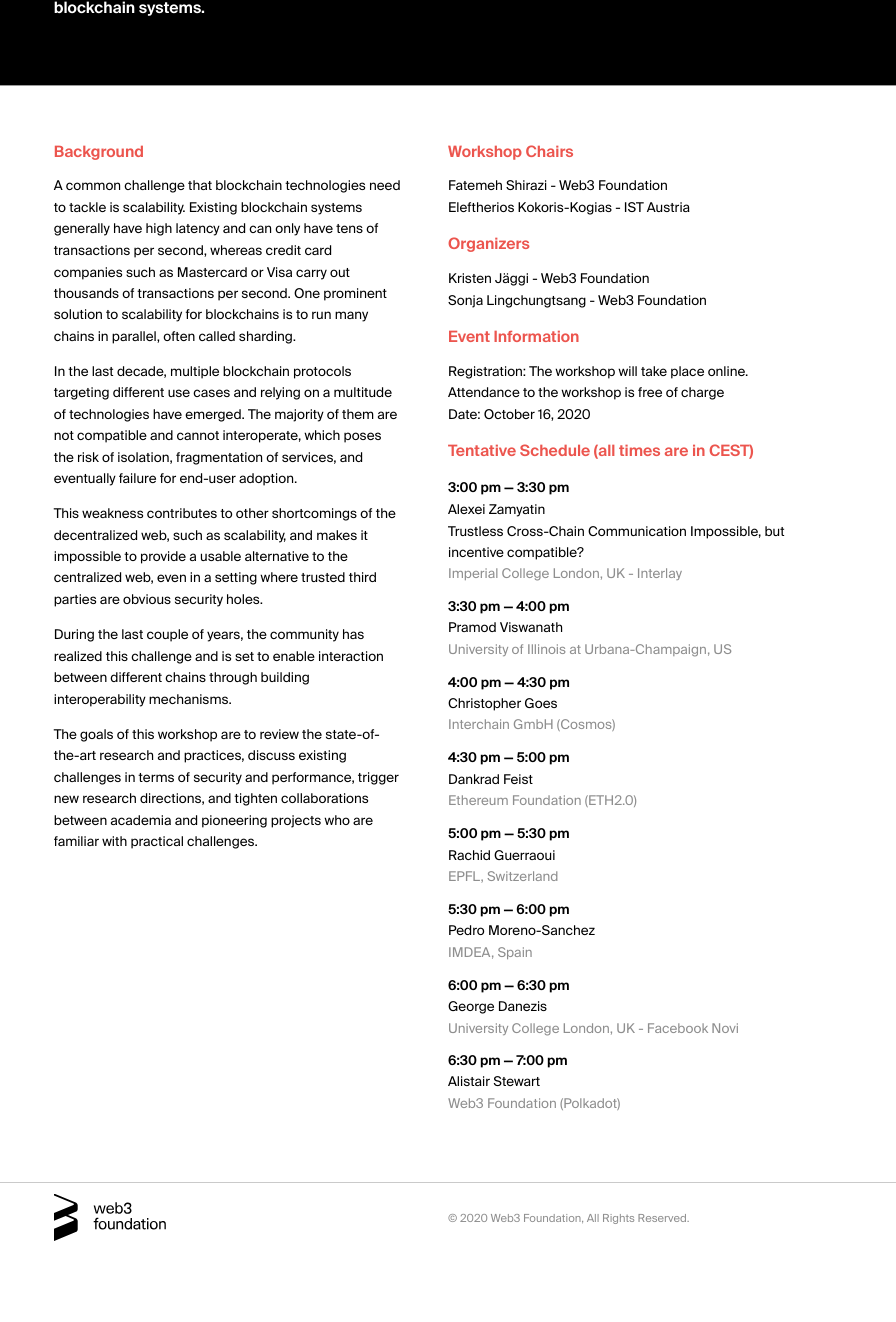
Repository: w3f-webops/disc2020-scalability-and-interoperability-workshop
Page: index.html
These files come from the project's save history. The page is drawn as it stood at one moment and after the next save; the edit follows.
The browser window is 1280 px wide. The pictures show the part of the page from y = 760 to 2680 px (the page is 2649 px tall before and 2680 px after), at 70% of full size.

Above is the page before, as saved 2020-10-14 19:33:01.

### index.html
<!DOCTYPE html>
<!--[if lt IE 7]>      <html class="no-js lt-ie9 lt-ie8 lt-ie7"> <![endif]-->
<!--[if IE 7]>         <html class="no-js lt-ie9 lt-ie8"> <![endif]-->
<!--[if IE 8]>         <html class="no-js lt-ie9"> <![endif]-->
<!--[if gt IE 8]><!-->
<html class="no-js">
<!--<![endif]-->

<head>
    <meta charset="utf-8">
    <meta http-equiv="X-UA-Compatible" content="IE=edge">
    <title>DISC2020 | Blockchain Interoperability and Sharding (BIS)</title>
    <meta name="description" content="The Blockchain Interoperability and Sharding Workshop aims at exploring the challenges and opportunities the blockchain sharding has created and discusses interoperability between blockchain systems.">
    <meta name="viewport" content="width=device-width, initial-scale=1">
    <link rel="stylesheet" href="https://cdnjs.cloudflare.com/ajax/libs/normalize/8.0.1/normalize.min.css">
    <link rel="stylesheet" href="style.css">
</head>

<body>
    <div class="page">
        <header>
            <div class="wrapper">
                <div class="nav-bar">
                    <div class="left">
                        <div class="logo">
                            <a href="https://web3.foundation" target="_blank"><img src="logo.svg" alt="Web3 Foundation Logo" class="nav-logo" /></a>
                        </div>
                    </div>
                </div>
            </div>
        </header>
        <main>
            <div class="hero wrapper">
                <h1 class="hero-headline">BIS: Workshop on <wbr>Blockchain Interoperability <wbr>and&nbsp;Sharding</h1>
                <div class="register">
                    <div class="register-date">October 16, 2020 15:00 CEST</div>
                    <a href="http://www.disc-conference.org/wp/disc2020/" target="_blank" rel="noopener noreferrer" class="register-link">Registration
                        <svg width="24" height="24" xmlns="http://www.w3.org/2000/svg" fill-rule="evenodd" clip-rule="evenodd" fill="#fff">
                            <path d="M14 4h-13v18h20v-11h1v12h-22v-20h14v1zm10 5h-1v-6.293l-11.646 11.647-.708-.708 11.647-11.646h-6.293v-1h8v8z" />
                        </svg>
                    </a>
                </div>
                <img src="BIS.svg" class="hero-image">
                <h2 class="hero-text"><b>BIS, the first workshop on Blockchain Interoperability and Sharding, aims at&nbsp;exploring the challenges and opportunities the&nbsp;blockchain sharding has created and discusses interoperability between blockchain systems.</b></h2>
            </div>
            <div class="content">
                <div class="wrapper columns">
                    <div class="column">
                        <h2>Background</h2>
                        <p> A common challenge that blockchain technologies need to tackle is scalability. Existing blockchain systems generally have high latency and can only have tens of transactions per second, whereas credit card companies such as Mastercard or Visa carry out thousands of transactions per second. One prominent solution to scalability for blockchains is to run many chains in parallel, often called sharding.</p>

                        <p>In the last decade, multiple blockchain protocols targeting different use cases and relying on a multitude of technologies have emerged. The majority of them are not compatible and cannot interoperate, which poses the risk of isolation, fragmentation of services, and eventually failure for end-user adoption.</p>

                        <p>This weakness contributes to other shortcomings of the decentralized web, such as scalability, and makes it impossible to provide a usable alternative to the centralized web, even in a setting where trusted third parties are obvious security holes.</p>

                        <p>During the last couple of years, the community has realized this challenge and is set to enable interaction between different chains through building interoperability mechanisms.</p>

                        <p>The goals of this workshop are to review the state-of-the-art research and practices, discuss existing challenges in terms of security and performance, trigger new research directions, and tighten collaborations between academia and pioneering projects who are familiar with practical challenges.</p>
                    </div>
                    <div class="column">
                        <h2>Workshop Chairs</h2>
                        <p>
                            Fatemeh Shirazi - Web3 Foundation<br>
                            Eleftherios Kokoris-Kogias - IST Austria
                        </p>

                        <h2>Organizers</h2>
                        <p>
                            Kristen Jäggi - Web3 Foundation<br>
                            Sonja Lingchungtsang - Web3 Foundation
                        </p>

                        <h2>Event Information</h2>
                        <p>
                            Registration: The workshop will take place online. Attendance to the workshop is free of charge<br>
                            Date: October 16, 2020
                        </p>

                        <h2>Tentative Schedule (all times are in CEST)</h2>

                        <ul class="schedule">
                            <li class="schedule-entry">
                                <div class="schedule-date">3:00 pm &mdash; 3:30 pm</div>
                                <div class="schedule-speaker">Alexei Zamyatin</div>
                                <div class="schedule-topic">Trustless Cross-Chain Communication Impossible, but incentive compatible?</div>
                                <div class="schedule-position">Imperial College London, UK - Interlay</div>
                            </li>
                            <li class="schedule-entry">
                                <div class="schedule-date">3:30 pm &mdash; 4:00 pm</div>
                                <div class="schedule-speaker">Pramod Viswanath</div>
                                <div class="schedule-position">University of Illinois at Urbana-Champaign, US</div>
                            </li>
                            <li class="schedule-entry">
                                <div class="schedule-date">4:00 pm &mdash; 4:30 pm</div>
                                <div class="schedule-speaker">Christopher Goes</div>
                                <div class="schedule-position">Interchain GmbH (Cosmos)</div>
                            </li>
                            <li class="schedule-entry">
                                <div class="schedule-date">4:30 pm &mdash; 5:00 pm</div>
                                <div class="schedule-speaker">Dankrad Feist</div>
                                <div class="schedule-position">Ethereum Foundation (ETH2.0)</div>
                            </li>
                            <li class="schedule-entry">
                                <div class="schedule-date">5:00 pm &mdash; 5:30 pm</div>
                                <div class="schedule-speaker">Rachid Guerraoui</div>
                                <div class="schedule-position">EPFL, Switzerland</div>
                            </li>
                            <li class="schedule-entry">
                                <div class="schedule-date">5:30 pm &mdash; 6:00 pm</div>
                                <div class="schedule-speaker">Pedro Moreno-Sanchez</div>
                                <div class="schedule-position">IMDEA, Spain</div>
                            </li>
                            <li class="schedule-entry">
                                <div class="schedule-date">6:00 pm &mdash; 6:30 pm</div>
                                <div class="schedule-speaker">George Danezis</div>
                                <div class="schedule-position">University College London, UK - Facebook Novi</div>
                            </li>
                            <li class="schedule-entry">
                                <div class="schedule-date">6:30 pm &mdash; 7:00 pm</div>
                                <div class="schedule-speaker">Alistair Stewart</div>
                                <div class="schedule-position">Web3 Foundation (Polkadot)</div>
                            </li>
                        </ul>
                    </div>
                </div>
            </div>
        </main>
        <footer>
            <div class="wrapper">
                <div class="nav-bar">
                    <div class="left">
                        <div class="logo">
                            <a href="https://web3.foundation" target="_blank">
                                <img src="logo-black.svg" alt="Web3 Foundation Logo" class="nav-logo" />
                            </a>
                        </div>
                    </div>
                    <div class="right">
                        © 2020 Web3 Foundation, All Rights Reserved.
                    </div>
                </div>
            </div>
        </footer>
    </div>
</body>

</html>

### style.css
@font-face {
  font-family: "SuisseIntl";
  src: url("fonts/SuisseIntl-Regular-WebM.eot");
  src: url("fonts/SuisseIntl-Regular-WebM.eot?#iefix")
      format("embedded-opentype"),
    url("fonts/SuisseIntl-Regular-WebM.woff2") format("woff2"),
    url("fonts/SuisseIntl-Regular-WebM.woff") format("woff"),
    url("fonts/SuisseIntl-Regular-WebM.svg#SuisseIntl-Regular-WebM")
      format("svg");
  font-weight: 400;
  font-style: normal;
  font-stretch: normal;
}

@font-face {
  font-family: "SuisseIntl";
  src: url("../fonts/SuisseIntl-SemiBold-WebM.eot");
  src: url("../fonts/SuisseIntl-SemiBold-WebM.eot?#iefix")
      format("embedded-opentype"),
    url("../fonts/SuisseIntl-SemiBold-WebM.woff2") format("woff2"),
    url("../fonts/SuisseIntl-SemiBold-WebM.woff") format("woff"),
    url("../fonts/SuisseIntl-SemiBold-WebM.svg#SuisseIntl-SemiBold-WebM")
      format("svg");
  font-weight: 700;
  font-style: normal;
  font-stretch: normal;
}

:root {
  --highlight: #ec554e;
  --dim: #8f8f8f;
}

/* ==========================================================================
   Layout
   ========================================================================== */

html,
body {
  background: black;
  margin: 0;
  padding: 0;
}

body {
  font-family: "SuisseIntl", sans-serif;
}

.page {
  padding-top: 3rem;
}

.wrapper {
  max-width: 1200px;
  padding: 0 6vw;
}

.columns {
  display: flex;
}

.column {
  padding-right: 4rem;
}

.left,
.right {
  display: flex;
  align-items: center;
}

@media only screen and (max-width: 700px) {
  .page {
    padding-top: 1.5rem;
  }

  .columns {
    flex-wrap: wrap;
  }
  .column {
    width: 100%;
    padding-right: 1rem;
  }
}

/* ==========================================================================
   Header
   ========================================================================== */

.nav-bar {
  display: flex;
  justify-content: space-between;
  align-items: center;
  margin-bottom: 6rem;
  flex-wrap: wrap;
  color: white;
}

.nav-logo {
  width: 160px;
}

@media only screen and (max-width: 700px) {
  .nav-bar {
    margin-bottom: 2rem;
  }

  .nav-logo {
    max-width: 120px;
  }
}

/* ==========================================================================
   Hero
   ========================================================================== */

.hero {
  color: white;
  padding-bottom: 6vw;
}

.hero-image {
  margin-bottom: 3rem;
}

.hero-text {
  color: white;
  max-width: 720px;
}

.register {
  position: absolute;
  display: flex;
  justify-content: flex-end;
  align-items: center;
  top: 4rem;
  right: 6vw;
  width: 100%;
}

.register .register a {
  color: white;
  text-decoration: none;
}

.register a:visited {
  color: white;
  text-decoration: none;
}

.register a:hover {
  color: white;
  text-decoration: none;
}

.register-date {
  margin-right: 2.4rem;
  color: var(--highlight);
  font-weight: 700;
  color: white;
}

.register-link {
  display: block;
  position: relative;
  width: 5.5rem;
  padding: 0.7rem 3rem 0.7rem 1rem;
  margin-top: 0;
  border: var(--highlight) 1px solid;
  color: white;
  transition: all 0.2s ease-in-out;
  animation: 0.6s ease-in-out 0s 1 slideInFromBottom;
}

.register-link:hover {
  transform: translateY(-0.4rem);
  color: white;
}

.register-link:visited {
  color: white;
}

.register-link svg {
  position: absolute;
  transform: translateY(-50%);
  top: 48%;
  right: 0.7rem;
}

@media only screen and (max-width: 700px) {
  .hero-headline {
    margin-bottom: 1rem;
  }

  .register {
    position: relative;
    display: block;
    top: 0;
    right: 0;
    width: 100%;
    margin-bottom: 3rem;
  }

  .register-date {
    margin-bottom: 1rem;
  }
}

/* ==========================================================================
   Content
   ========================================================================== */

.content {
  background: white;
  padding: 6vw 0;
}

.schedule {
  list-style: none;
  padding-left: 0;
  line-height: 1.6;
  font-size: 1.2rem;
}

.schedule-entry {
  margin-bottom: 1rem;
}

.schedule-date {
  font-weight: 700;
}

.schedule-position {
  color: var(--dim);
}

/* ==========================================================================
   Footer
   ========================================================================== */

footer {
  padding: 1rem 0;
  background: white;
  color: black;
}

footer .right {
  width: 50%;
  color: var(--dim);
}

@media only screen and (max-width: 700px) {
  footer .nav-bar .left {
    margin-bottom: 1rem;
  }
  footer .nav-bar .right {
    width: 100%;
  }
}

/* ==========================================================================
   Typography
   ========================================================================== */

h1 {
  font-size: 6vw;
  margin: 0 0 2rem;
}

h2 {
  line-height: 1.6;
  font-size: 1.4rem;
  margin-top: 0;
  margin-bottom: 1rem;
  color: var(--highlight);
}

p {
  line-height: 1.6;
  font-size: 1.2rem;
  max-width: 720px;
  margin-top: 0;
}

a {
  color: black;
  text-decoration: none;
}

a:visited {
  color: black;
  text-decoration: none;
}

a:hover {
  color: black;
  text-decoration: none;
}

@media only screen and (min-width: 1500px) {
  h1 {
    font-size: 5.6rem;
  }
}

@media only screen and (max-width: 700px) {
  h1 {
    font-size: 12vw;
  }
}

/* ==========================================================================
   Utils
   ========================================================================== */

@keyframes slideInFromBottom {
  0% {
    opacity: 0;
    transform: translateY(5rem);
  }
  100% {
    opacity: 1;
    transform: translateY(0%);
  }
}

After the next save:
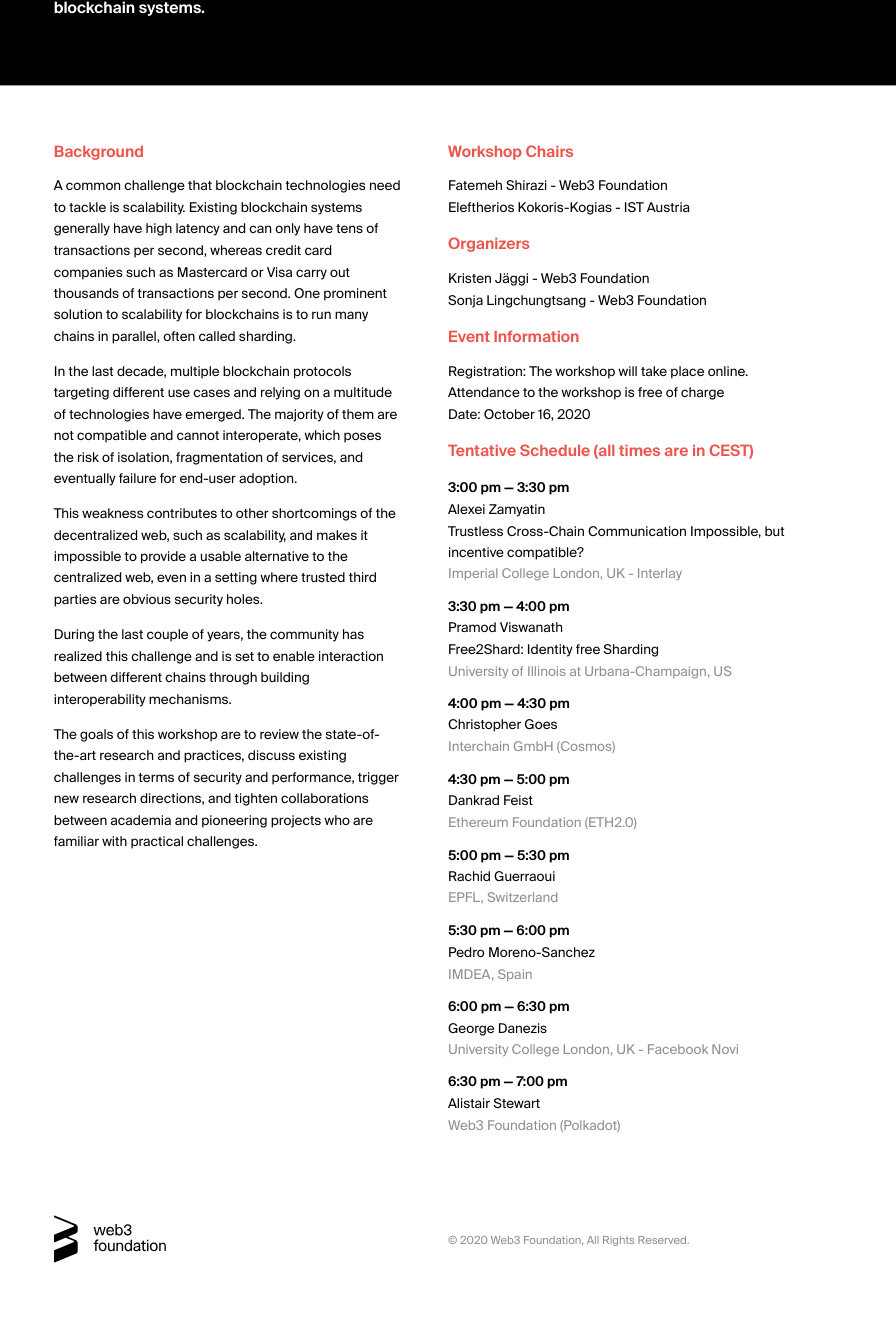
Saved 19 s later.
--- a/index.html
+++ b/index.html
@@ -88,6 +88,7 @@
                             <li class="schedule-entry">
                                 <div class="schedule-date">3:30 pm &mdash; 4:00 pm</div>
                                 <div class="schedule-speaker">Pramod Viswanath</div>
+                                <div class="schedule-topic">Free2Shard: Identity free Sharding</div>
                                 <div class="schedule-position">University of Illinois at Urbana-Champaign, US</div>
                             </li>
                             <li class="schedule-entry">
